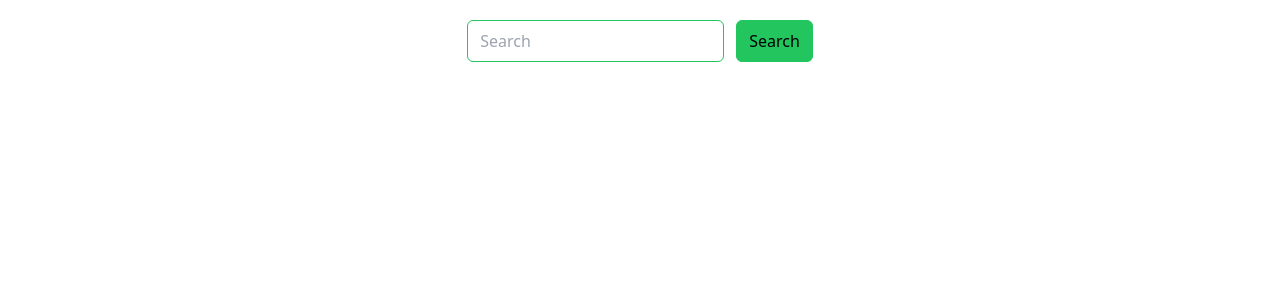
Repository: kimhieu153255/Image-search-app
Page: /
An editor plug-in stored every save of this project. The page is shown before and after the next save, followed by the edit.
The browser window is 1280 px wide. The pictures show the whole page.
The page's requests for data from a server got no answer. The project was rebuilt for these pictures with package versions that can differ from the ones it lists, and the page was loaded fresh each time. No one was signed in, and anything a server would have sent is missing. Also part of the build but not shown: vite.config.js, src/Components/Card/Card.jsx.

Above is the page before, as saved 2023-10-27 01:34:49.

After the next save:
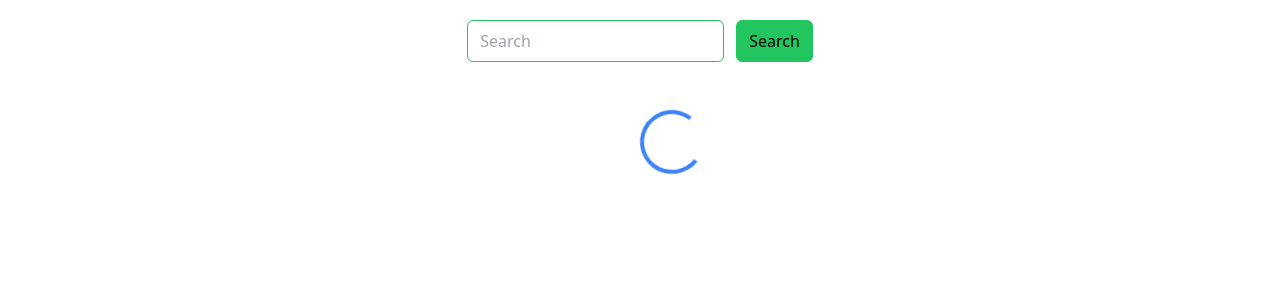
Saved 6 s later.
--- a/src/Components/Contexts/Data.jsx
+++ b/src/Components/Contexts/Data.jsx
@@ -11,6 +11,7 @@ const DataProvider = (props) => {
 
   const setDataFunc = async (pageTemp) => {
     try {
+      setIsLoading(true);
       setTimeout(async () => {
         const res = await AxiosInstance.get(
           `&query=${search}&page=${pageTemp}`
